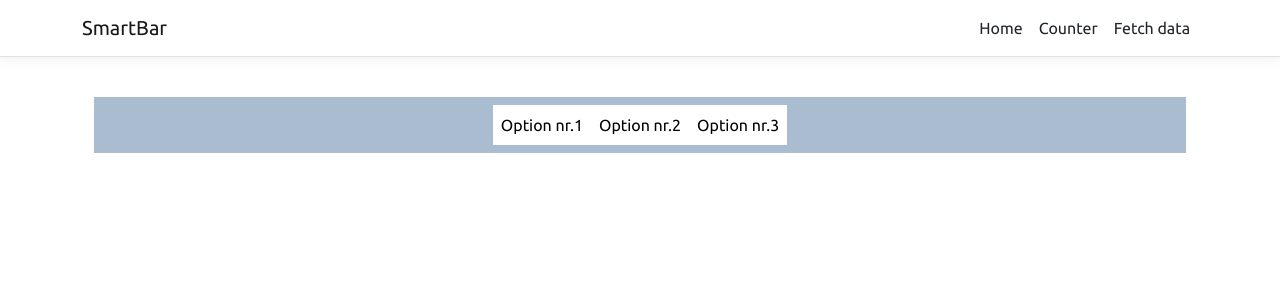
Repository: dropauteriai/SmartBarFrontEnd
Page: /
An editor plug-in stored every save of this project. The page is shown before and after a run of saves, followed by the edit.
The browser window is 1280 px wide. The pictures show the whole page.
The page's requests for data from a server got no answer. The project was rebuilt for these pictures with package versions that can differ from the ones it lists, and the page was loaded fresh each time. No one was signed in, and anything a server would have sent is missing. Also part of the build but not shown: src/components/Counter.js, src/components/FetchData.js, src/components/Card.js, src/components/SideBar.js.

Above is the page before, as saved 2023-02-14 05:49:16.

### public/index.html
<!DOCTYPE html>
<html lang="en">
  <head>
    <meta charset="utf-8" />
    <meta
      name="viewport"
      content="width=device-width, initial-scale=1, shrink-to-fit=no"
    />
    <meta name="theme-color" content="#000000" />
    <base href="%PUBLIC_URL%/" />
    <!--
      manifest.json provides metadata used when your web app is added to the
      homescreen on Android. See https://developers.google.com/web/fundamentals/engage-and-retain/web-app-manifest/
    -->
    <link rel="manifest" href="%PUBLIC_URL%/manifest.json" />
    <link rel="shortcut icon" href="%PUBLIC_URL%/favicon.ico" />
    <link
      href="https://fonts.googleapis.com/css2?family=Ubuntu:ital,wght@0,300;0,400;0,500;0,700;1,300;1,400;1,500;1,700&display=swap"
      rel="stylesheet"
    />

    <!--
      Notice the use of %PUBLIC_URL% in the tags above.
      It will be replaced with the URL of the `public` folder during the build.
      Only files inside the `public` folder can be referenced from the HTML.

      Unlike "/favicon.ico" or "favicon.ico", "%PUBLIC_URL%/favicon.ico" will
      work correctly both with client-side routing and a non-root public URL.
      Learn how to configure a non-root public URL by running `npm run build`.
    -->
    <link
      rel="stylesheet"
      href="https://cdnjs.cloudflare.com/ajax/libs/font-awesome/6.2.1/css/all.min.css"
      integrity="sha512-MV7K8+y+gLIBoVD59lQIYicR65iaqukzvf/nwasF0nqhPay5w/9lJmVM2hMDcnK1OnMGCdVK+iQrJ7lzPJQd1w=="
      crossorigin="anonymous"
      referrerpolicy="no-referrer"
    />
    <title>SmartBar</title>
  </head>
  <body>
    <noscript> You need to enable JavaScript to run this app. </noscript>
    <div id="root"></div>
    <!--
      This HTML file is a template.
      If you open it directly in the browser, you will see an empty page.

      You can add webfonts, meta tags, or analytics to this file.
      The build step will place the bundled scripts into the <body> tag.

      To begin the development, run `npm start` or `yarn start`.
      To create a production bundle, use `npm run build` or `yarn build`.
    -->
  </body>
</html>

### src/index.js
import 'bootstrap/dist/css/bootstrap.css';
import React from 'react';
import { createRoot } from 'react-dom/client';
import { BrowserRouter } from 'react-router-dom';
import App from './App';
//import * as serviceWorkerRegistration from './serviceWorkerRegistration';
import reportWebVitals from './reportWebVitals';

const baseUrl = document.getElementsByTagName('base')[0].getAttribute('href');
const rootElement = document.getElementById('root');
const root = createRoot(rootElement);

root.render(
  <BrowserRouter basename={baseUrl}>
    <App />
  </BrowserRouter>);

// If you want your app to work offline and load faster, you can change
// unregister() to register() below. Note this comes with some pitfalls.
// Learn more about service workers: https://cra.link/PWA
//serviceWorkerRegistration.unregister();

// If you want to start measuring performance in your app, pass a function
// to log results (for example: reportWebVitals(console.log))
// or send to an analytics endpoint. Learn more: https://bit.ly/CRA-vitals
reportWebVitals();

### src/App.js
import React, { Component } from 'react';
import { Route, Routes } from 'react-router-dom';
import AppRoutes from './AppRoutes';
import { Layout } from './components/Layout';
import './custom.css';
import './css/bootstrap.css';

export default class App extends Component {
  static displayName = App.name;

  render() {
    return (
      <Layout>
        <Routes>
          {AppRoutes.map((route, index) => {
            const { element, ...rest } = route;
            return <Route key={index} {...rest} element={element} />;
          })}
        </Routes>
      </Layout>
    );
  }
}

### src/custom.css
/* Provide sufficient contrast against white background */
* {
  font-family: "Ubuntu", sans-serif;
}

### src/components/Home.js
import React, { Component } from "react";
import { Container, Col } from "react-bootstrap";
import Card from "./Card.js";
import SideBar from "./SideBar.js";
import Row from "react-bootstrap/Row";
import Popup from "./Popup.js";

export class Home extends Component {
  static displayName = Home.name;

  constructor(props) {
    super(props);
    this.state = { tables: [], loading: true };
  }

  componentDidMount() {
    this.populateTableData();
  }

  static renderTableList(tables) {
    return (
      <Row xs={1} md={2}>
        {tables.map((table, index, tables) => {
          <Card name={table.name} id={table.id} />;
        })}
      </Row>
    );
  }
  render() {
    // let contents = this.state.loading ? (
    //   <p>
    //     <em>Loading...</em>
    //   </p>
    // ) : (
    //   (contents = this.renderTableList(this.state.tables))
    // );
    let contents;
    if (this.state.loading) {
      contents = (
        <p>
          <em>Loading...</em>
        </p>
      );
    } else {
      contents = Home.renderTableList(this.state.tables);
      console.log(contents);
    }

    return (
      <div className="row p-4">
        {this.state.tables.map((table, index) => (
          <Card name={table.name} />
        ))}
        <Popup/>
      </div>
    );
  }

  async populateTableData() {
    const response = await fetch("https://localhost:5001/Table");
    const data = await response.json();
    this.setState({ tables: data, loading: false });
  }
}

### src/components/NavMenu.js
import React, { Component } from 'react';
import { Collapse, Navbar, NavbarBrand, NavbarToggler, NavItem, NavLink } from 'reactstrap';
import { Link } from 'react-router-dom';
import './NavMenu.css';

export class NavMenu extends Component {
  static displayName = NavMenu.name;

  constructor (props) {
    super(props);

    this.toggleNavbar = this.toggleNavbar.bind(this);
    this.state = {
      collapsed: true
    };
  }

  toggleNavbar () {
    this.setState({
      collapsed: !this.state.collapsed
    });
  }

  render() {
    return (
      <header>
        <Navbar className="navbar-expand-sm navbar-toggleable-sm ng-white border-bottom box-shadow mb-3" container light>
          <NavbarBrand tag={Link} to="/">SmartBar</NavbarBrand>
          <NavbarToggler onClick={this.toggleNavbar} className="mr-2" />
          <Collapse className="d-sm-inline-flex flex-sm-row-reverse" isOpen={!this.state.collapsed} navbar>
            <ul className="navbar-nav flex-grow">
              <NavItem>
                <NavLink tag={Link} className="text-dark" to="/">Home</NavLink>
              </NavItem>
              <NavItem>
                <NavLink tag={Link} className="text-dark" to="/counter">Counter</NavLink>
              </NavItem>
              <NavItem>
                <NavLink tag={Link} className="text-dark" to="/fetch-data">Fetch data</NavLink>
              </NavItem>
            </ul>
          </Collapse>
        </Navbar>
      </header>
    );
  }
}

### src/components/Popup.js
import React from 'react';

export default function Popup () {
    return (
        <div className="d-inline-flex p-2 align-items-center justify-content-center bg-primary">
            <button className="p-2 border-0 align-items-center justify-content-center bg-white">Option nr.1</button>
            <button className="p-2 border-0 align-items-center justify-content-center bg-white">Option nr.2</button>
            <button className="p-2 border-0 align-items-center justify-content-center bg-white">Option nr.3</button>
        </div>
    );
}

Loaded but not shown: src/reportWebVitals.js (common file); src/AppRoutes.js (common file); src/components/Layout.js (common file); src/css/bootstrap.css (library); src/components/NavMenu.css (common file)

After the next 2 saves:
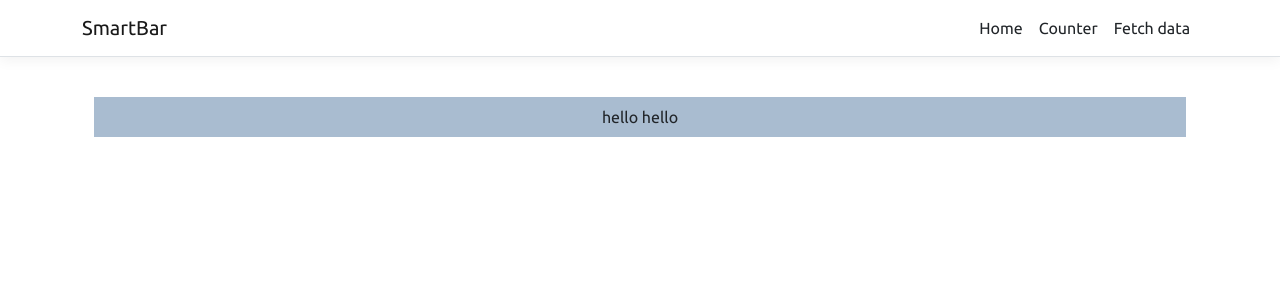
The 2 saves are shown as one change because they came seconds apart.
The last was saved 85 s later.
--- a/src/components/Popup.js
+++ b/src/components/Popup.js
@@ -3,9 +3,7 @@ import React from 'react';
 export default function Popup () {
     return (
         <div className="d-inline-flex p-2 align-items-center justify-content-center bg-primary">
-            <button className="p-2 border-0 align-items-center justify-content-center bg-white">Option nr.1</button>
-            <button className="p-2 border-0 align-items-center justify-content-center bg-white">Option nr.2</button>
-            <button className="p-2 border-0 align-items-center justify-content-center bg-white">Option nr.3</button>
+            hello hello
         </div>
     );
 }
